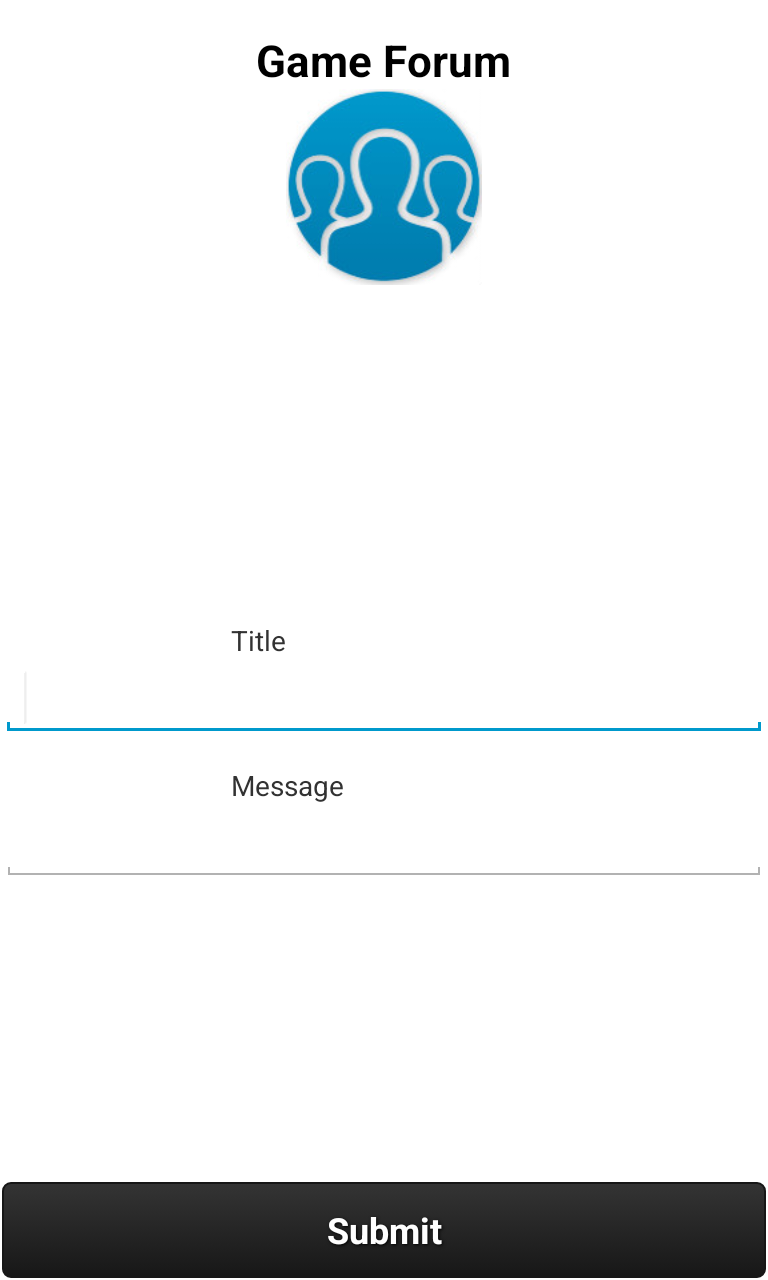
Repository: yuanpeixin/Project
Layout: GameForum/res/layout/add_comment.xml
The author's editor kept a copy of each file at every save. The layout is drawn from the files as they stood at one save, then again after the next save.
It is drawn on a 768 x 1280 px phone screen (xhdpi) without system bars, with theme AppTheme; the app's code is not run.

Above is the layout before, as saved 2015-10-07 03:34:19.

After the next save:
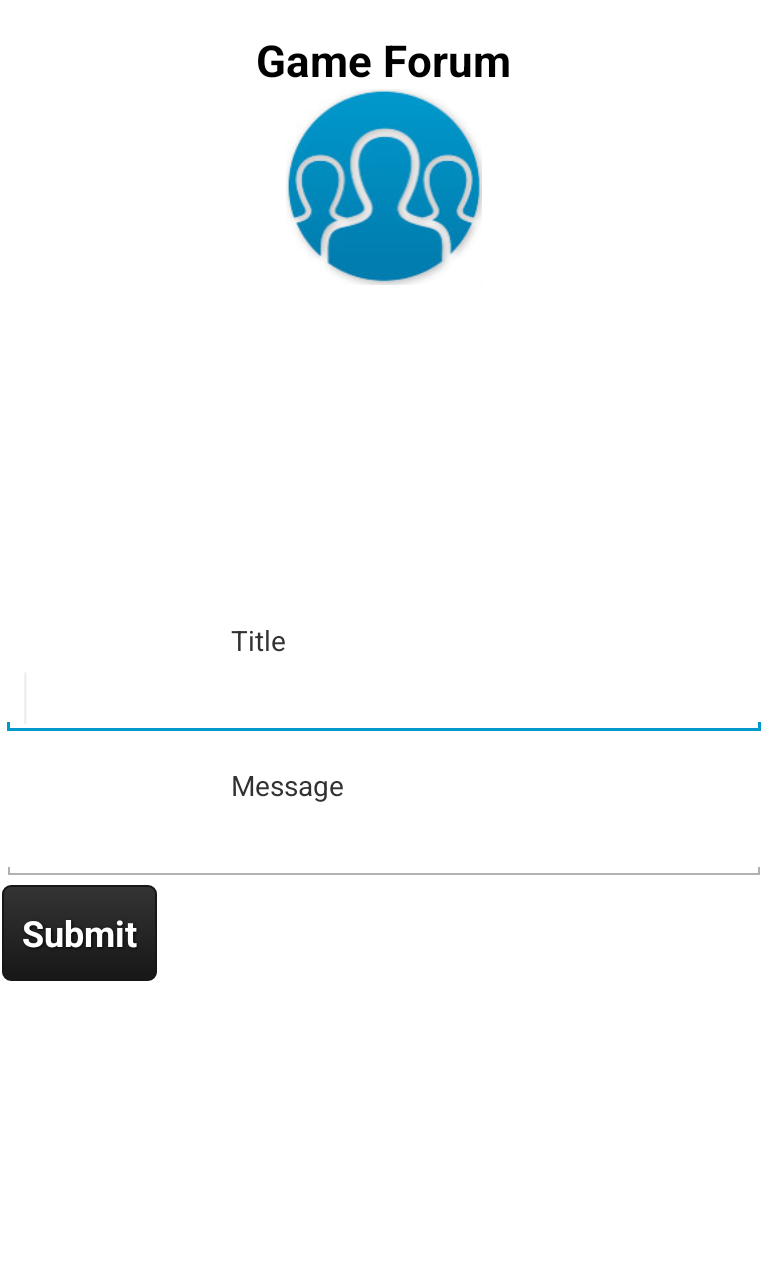
Saved 57 s later.
--- a/GameForum/res/layout/add_comment.xml
+++ b/GameForum/res/layout/add_comment.xml
@@ -46,9 +46,7 @@
         style="@style/WhiteText"
         android:layout_width="wrap_content"
         android:layout_height="wrap_content"
-        android:layout_alignParentBottom="true"
-        android:layout_alignParentLeft="true"
-        android:layout_alignParentRight="true"
+        android:layout_below="@+id/acMessage"
         android:background="@drawable/black_button"
         android:text="Submit" />
 
